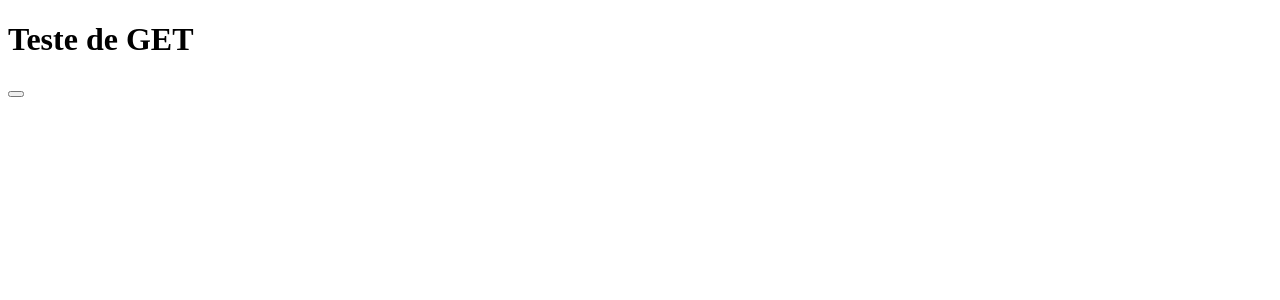
Repository: edisantos/java-v-deo-aula-Nery
Page: workspace/CadastroCliente/WebContent/TesteGet.html
An editor plug-in stored every save of this project. The page is shown before and after the next save, followed by the edit.
The browser window is 1280 px wide. The pictures show the whole page.

Above is the page before, as saved 2018-07-24 01:47:08.

After the next save:
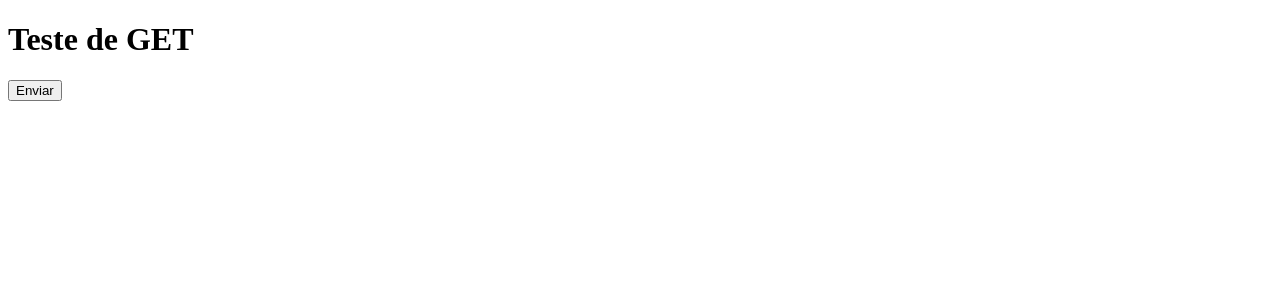
Saved 54 s later.
--- a/workspace/CadastroCliente/WebContent/TesteGet.html
+++ b/workspace/CadastroCliente/WebContent/TesteGet.html
@@ -7,7 +7,7 @@
 <body>
   <h1>Teste de GET</h1>
   <form id="formGet" action="/CadastroCliente/rest/Exemplojawsrs" method="get">
-     <button type="submit" value="Enviar"></button>
+     <button type="submit" value="Enviar">Enviar</button>
   </form>
 </body>
 </html>
